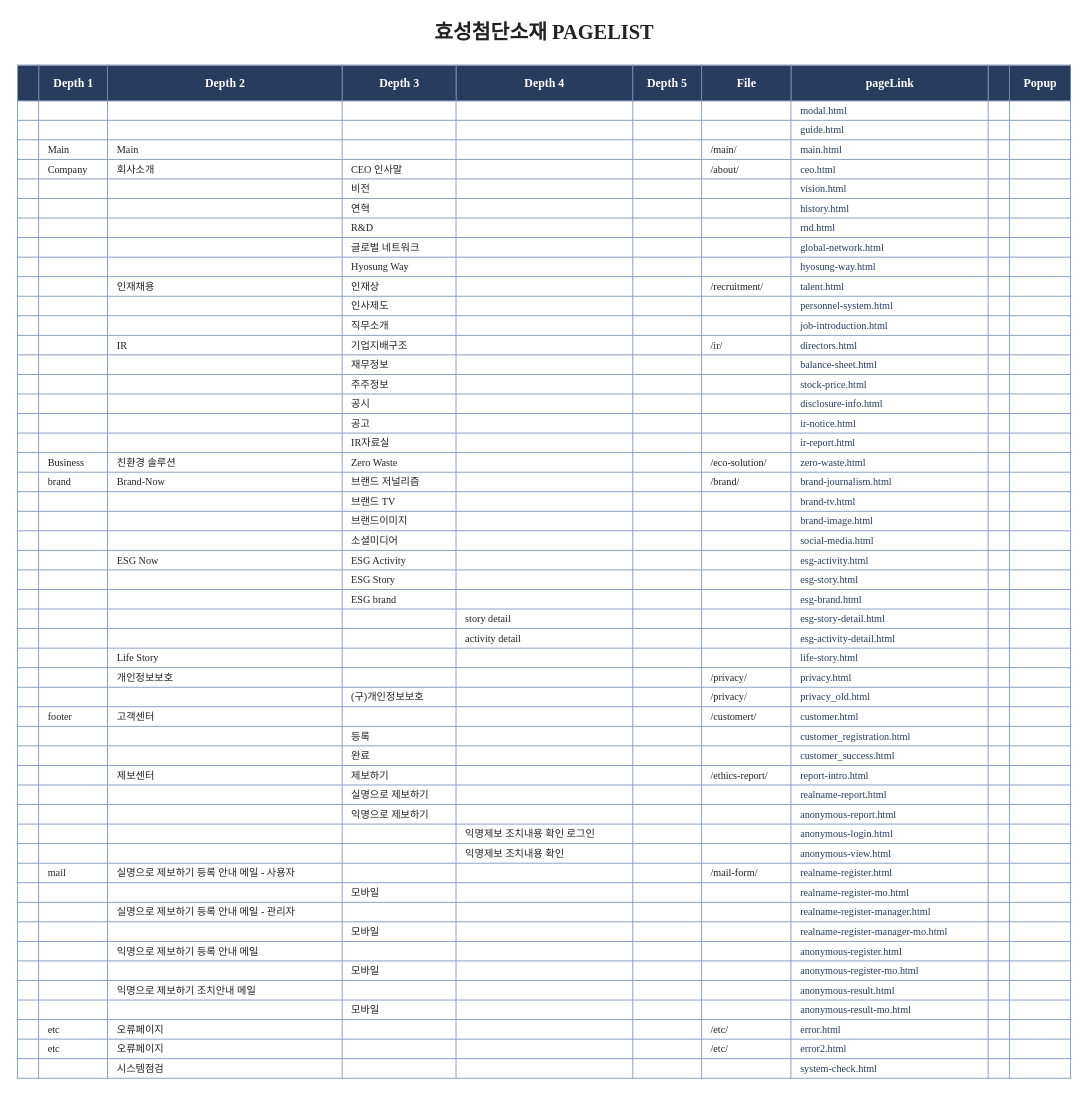
Repository: jang0ha/flexwill
Page: content/pgelist.html
The author's editor kept a copy of each file at every save. The page is drawn from the files as they stood at one save, then again after the next save.
The browser window is 1280 px wide. The pictures show the whole page, at 85% of full size.

Above is the page before, as saved 2023-04-06 17:05:06.

After the next save:
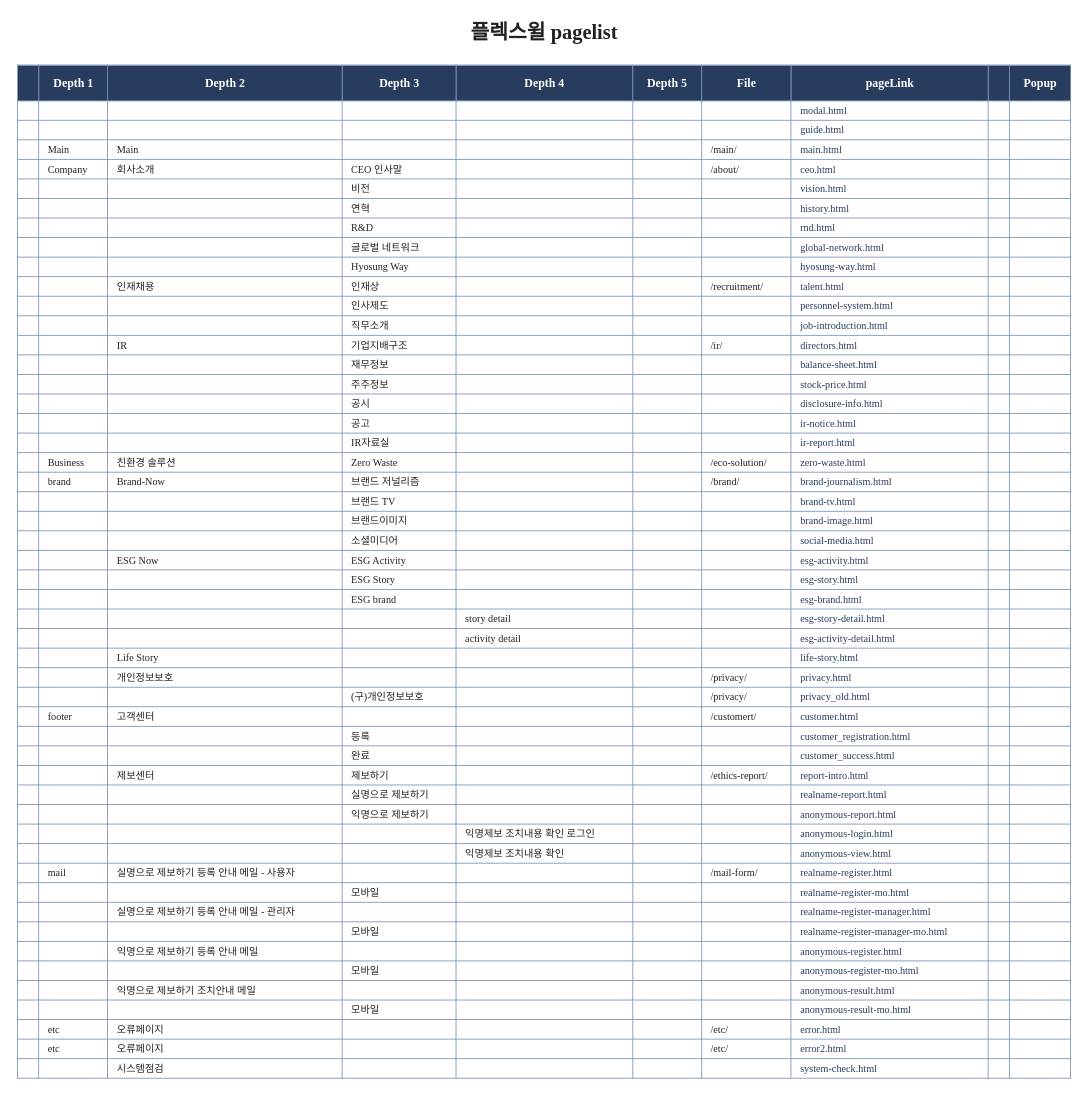
Saved 14 s later.
--- a/content/pgelist.html
+++ b/content/pgelist.html
@@ -132,8 +132,8 @@
   </style>
 </head>
 
-<body data-aos-easing="ease" data-aos-duration="400" data-aos-delay="0" style="">
-  <h1>효성첨단소재 PAGELIST</h1>
+<body >
+  <h1>플렉스윌 pagelist</h1>
   <table>
     <thead>
       <tr>
